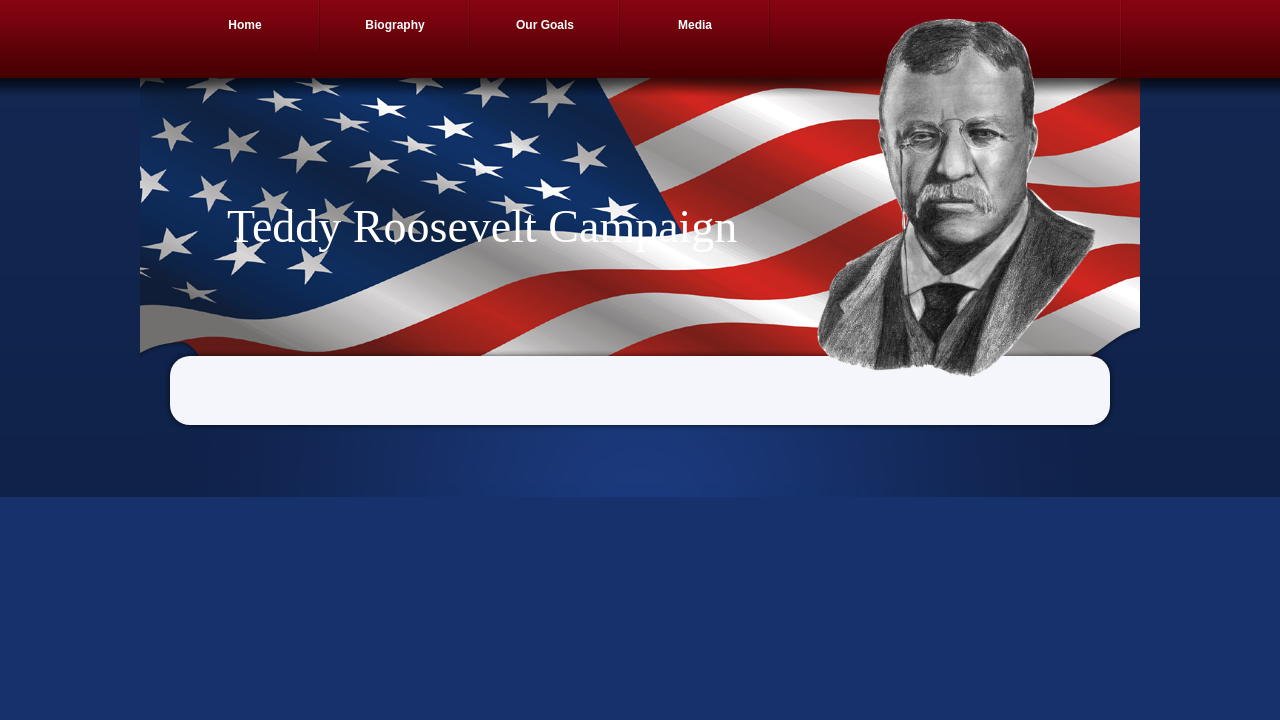
Repository: teddyroosevelt618/teddyroosevelt618.github.io
Page: index.html
The author's editor kept a record of every edit. The page is drawn from the files as they stood at one moment, then again after the next edit.
The browser window is 1280 px wide. The pictures show the whole page.

Above is the page before.

After the next edit:
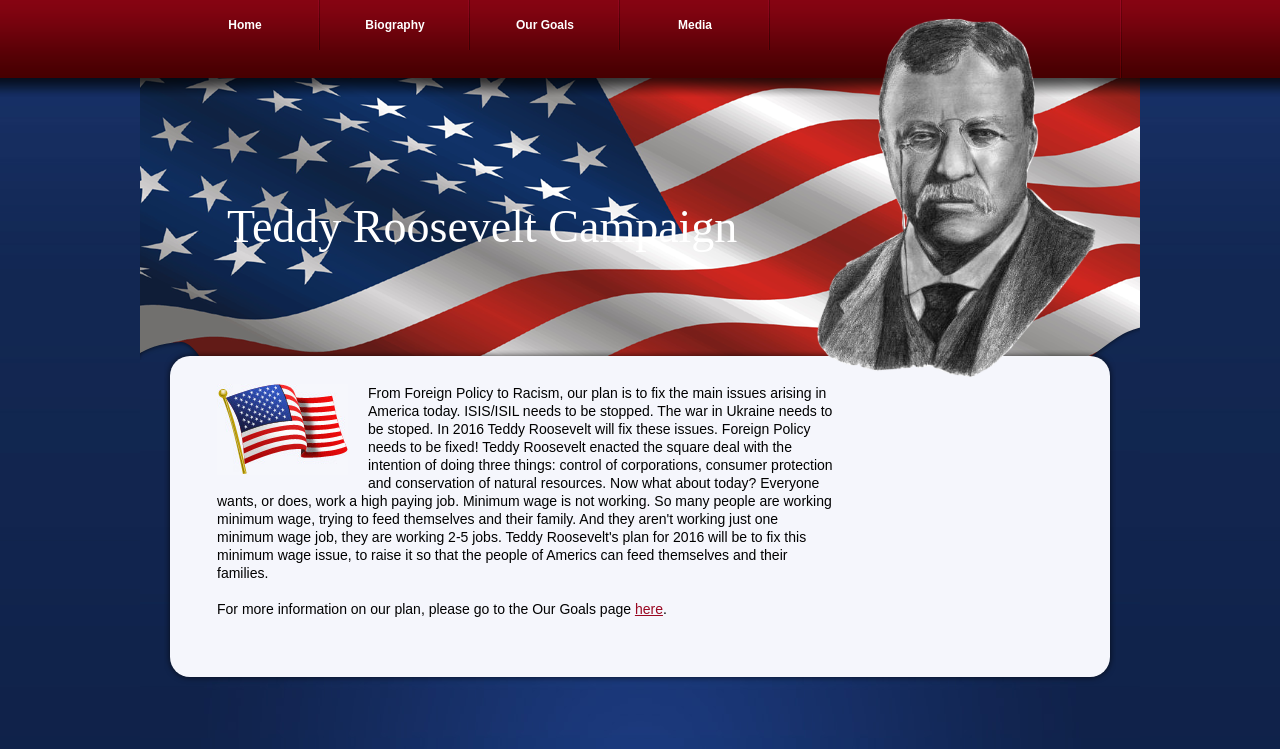
The edit:
--- a/index.html
+++ b/index.html
@@ -62,7 +62,7 @@
 var c = document.getElementsByTagName("script")[0];
 c.parentNode.insertBefore(cp, c); })(); </script><noscript>Powered by Cincopa <a href='http://www.cincopa.com/video-hosting'>Video Hosting for Business</a> solution.<span>New Gallery 2014/12/3</span><span>originaldate</span><span> 1/1/0001 6:00:00 AM</span><span>width</span><span> 311</span><span>height</span><span> 162</span><span>originaldate</span><span> 1/1/0001 6:00:00 AM</span><span>width</span><span> 599</span><span>height</span><span> 469</span><span>originaldate</span><span> 1/1/0001 6:00:00 AM</span><span>width</span><span> 605</span><span>height</span><span> 412</span></noscript>
                         </div>
-                        */
+                        -->
                         <figure class="left marg_right1"><img src="images/page1_img1.jpg" alt=""></figure>
                         <p>From Foreign Policy to Racism, our plan is to fix the main issues arising in America today.
                         ISIS/ISIL needs to be stopped. The war in Ukraine needs to be stoped. In 2016 Teddy Roosevelt will fix these issues.
